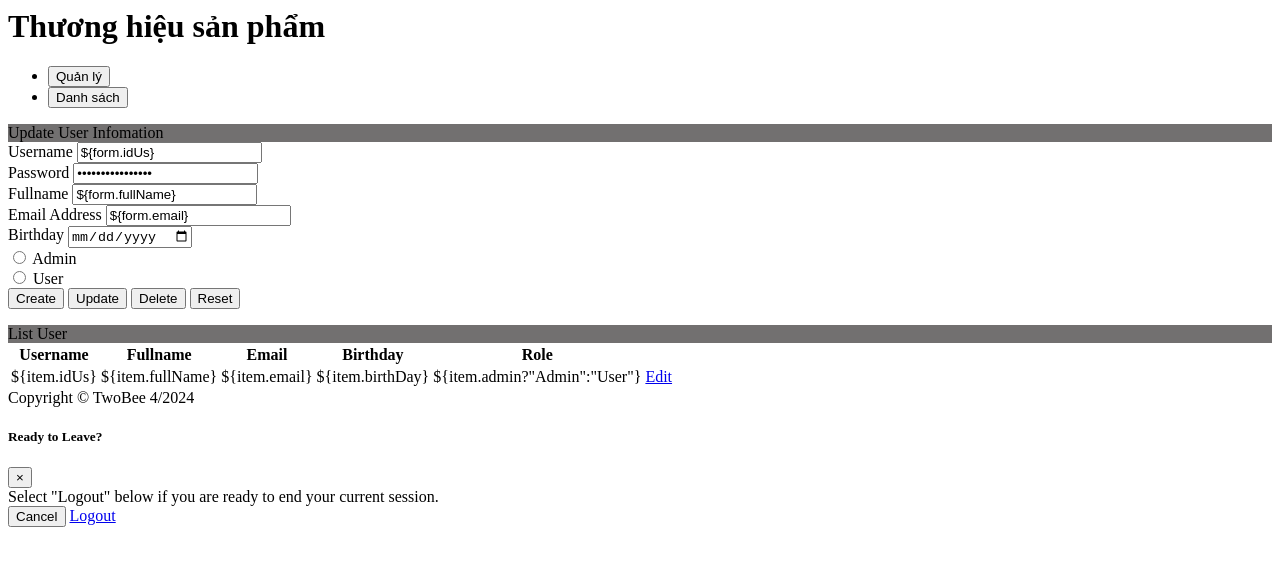
Repository: tuandh111/Java-6-asm
Page: Front-end/Java6_asm_/templates/admin/brands.html
An editor plug-in stored every save of this project. The page is shown before and after the next save, followed by the edit.
The browser window is 1280 px wide. The pictures show the whole page.

Above is the page before, as saved 2024-03-31 10:50:16.

### Front-end/Java6_asm_/templates/admin/brands.html
<!-- Page Wrapper -->
<div id="wrapper">

    <!-- Sidebar -->
    <ul class="navbar-nav bg-gradient-primary sidebar sidebar-dark accordion" id="accordionSidebar"
        ng-include="'component/admin/sidebar.html'">
    </ul>
    <!-- End of Sidebar -->

    <!-- Content Wrapper -->
    <div id="content-wrapper" class="d-flex flex-column">

        <!-- Main Content -->
        <div id="content">

            <!-- Topbar -->
            <nav class="navbar navbar-expand navbar-light bg-white topbar mb-4 static-top shadow"
                ng-include="'component/admin/content-nav.html'">
            </nav>
            <!-- End of Topbar -->

            <!-- Begin Page Content -->
            <div class="container-fluid">

                <!-- Page Heading -->
                <div class="d-sm-flex align-items-center justify-content-between mb-4">
                    <h1 class="h3 mb-0 text-gray-800">Thương hiệu sản phẩm</h1>
                </div>

                <div class="row mt-5">
                    <ul class="nav nav-tabs" id="manageBrands" role="tablist">
                        <li class="nav-item" role="presentation">
                            <button class="nav-link active" id="form-tab" data-bs-toggle="tab"
                                data-bs-target="#form-tab-pane-manage-brands" type="button" role="tab"
                                aria-controls="form-tab-pane-manage-brands" aria-selected="true">
                                <i class="bi bi-pencil-square"></i> Quản lý
                            </button>
                        </li>
                        <li class="nav-item" role="presentation">
                            <button class="nav-link" id="list-tab" data-bs-toggle="tab" data-bs-target="#list-tab-pane"
                                role="tab" aria-controls="list-tab-pane" aria-selected="false">
                                <i class="bi bi-list-check"></i> Danh sách
                            </button>
                        </li>
                    </ul>
                    <div class="tab-content" id="manageBrandsTabContent">
                        <div class="tab-pane fade show active" id="form-tab-pane-manage-brands" role="tabpanel"
                            aria-labelledby="form-tab" tabindex="0">
                            <div class="card">
                                <div class="card-header align-items-center text-white"
                                    style="background-color: #727070;">Update User Infomation
                                </div>
                                <div class="card-body text-center">
                                    <c:url var="url" value="/admin"></c:url>
                                    <form action="${url}/editor-user">
                                        <div class="row">
                                            <div class="col-lg-6">
                                                <div class="form-outline mb-3">
                                                    <label class="form-label"
                                                        for="manageBrandsModalUsername">Username</label>
                                                    <input type="text" id="manageBrandsModalUsername" name="idUs"
                                                        value="${form.idUs}" class="form-control" required>
                                                </div>
                                            </div>
                                            <div class="col-lg-6">
                                                <div class="form-outline mb-4">
                                                    <label class="form-label"
                                                        for="manageBrandsModalPass">Password</label>
                                                    <input type="password" id="manageBrandsModalPass"
                                                        class="form-control" name="passWord" value="${form.passWord}"
                                                        required>
                                                </div>
                                            </div>
                                            <div class="col-lg-6">
                                                <div class="form-outline mb-4">
                                                    <label class="form-label"
                                                        for="manageBrandsModalFullname">Fullname</label>
                                                    <input type="text" id="manageBrandsModalFullname" name="fullName"
                                                        value="${form.fullName}" class="form-control" required>
                                                </div>
                                            </div>
                                            <div class="col-lg-6">
                                                <div class="form-outline mb-4">
                                                    <label class="form-label" for="manageBrandsModalEmail">Email
                                                        Address</label> <input type="email" id="manageBrandsModalEmail"
                                                        class="form-control" name="email" value="${form.email}"
                                                        required>
                                                </div>
                                            </div>

                                            <div class="form-outline mb-4">
                                                <label class="form-label" for="manageBrandsModalEmail">Birthday</label>
                                                <input type="date" id="registerModalDate" class="form-control"
                                                    name="birthDay" value="${form.birthDay}" required>
                                            </div>

                                            <div class="col-lg-12 d-flex flex-row justify-content-center">
                                                <div class="form-check m-4">
                                                    <input class="form-check-input" type="radio" name="admin"
                                                        value="true" id="flexCheckDefaultAdmin"
                                                        ${form.admin?'checked':''}> <label class="form-check-label"
                                                        for="flexCheckDefaultAdmin">
                                                        Admin </label>
                                                </div>
                                                <div class="form-check m-4">
                                                    <input class="form-check-input" type="radio" name="admin"
                                                        value="false" id="flexCheckDefaultUser"
                                                        ${form.admin?'':'checked'}> <label class="form-check-label"
                                                        for="flexCheckDefaultUser">
                                                        User </label>
                                                </div>
                                            </div>
                                        </div>
                                        <div class="d-flex justify-content-end">
                                            <button formaction="${url}/create"
                                                class="btn btn-primary m-2">Create</button>
                                            <button formaction="${url}/update"
                                                class="btn btn-primary m-2">Update</button>
                                            <button formaction="${url}/delete"
                                                class="btn btn-primary m-2">Delete</button>
                                            <button formaction="${url}/editor-user"
                                                class="btn btn-primary m-2">Reset</button>
                                        </div>
                                    </form>
                                </div>
                            </div>
                        </div>
                        <div class="tab-pane fade" id="list-tab-pane" role="tabpanel" aria-labelledby="list-tab"
                            tabindex="0">
                            <div class="card">
                                <div class="card-header d-flex justify-content-between align-items-center text-white"
                                    style="background-color: #727070;">List User</div>
                                <div class="table-responsive">
                                    <table class="table table-striped table-hover">
                                        <thead>
                                            <tr>
                                                <th>Username</th>
                                                <th>Fullname</th>
                                                <th>Email</th>
                                                <th>Birthday</th>
                                                <th>Role</th>
                                                <th></th>
                                            </tr>
                                        </thead>
                                        <tbody>
                                            <c:forEach var="item" items="${listUs}">
                                                <tr>
                                                    <td>${item.idUs}</td>
                                                    <td>${item.fullName}</td>
                                                    <td>${item.email}</td>
                                                    <td>${item.birthDay}</td>
                                                    <td>${item.admin?"Admin":"User"}</td>
                                                    <td><a href="${url}/edit/${item.idUs}" class="text-info"> Edit </a>
                                                    </td>
                                                </tr>
                                            </c:forEach>

                                        </tbody>
                                    </table>

                                </div>
                            </div>
                        </div>
                    </div>
                </div>

            </div>
            <!-- /.container-fluid -->

        </div>
        <!-- End of Main Content -->

        <!-- Footer -->
        <footer class="sticky-footer bg-white">
            <div class="container my-auto">
                <div class="copyright text-center my-auto">
                    <span>Copyright &copy; TwoBee 4/2024</span>
                </div>
            </div>
        </footer>
        <!-- End of Footer -->

    </div>
    <!-- End of Content Wrapper -->

</div>
<!-- End of Page Wrapper -->

<!-- Scroll to Top Button-->
<a class="scroll-to-top rounded" href="#page-top">
    <i class="fas fa-angle-up"></i>
</a>

<!-- Logout Modal-->
<div class="modal fade" id="logoutModal" tabindex="-1" role="dialog" aria-labelledby="exampleModalLabel"
    aria-hidden="true">
    <div class="modal-dialog" role="document">
        <div class="modal-content">
            <div class="modal-header">
                <h5 class="modal-title" id="exampleModalLabel">Ready to Leave?</h5>
                <button class="close" type="button" data-dismiss="modal" aria-label="Close">
                    <span aria-hidden="true">×</span>
                </button>
            </div>
            <div class="modal-body">Select "Logout" below if you are ready to end your current session.</div>
            <div class="modal-footer">
                <button class="btn btn-secondary" type="button" data-dismiss="modal">Cancel</button>
                <a class="btn btn-primary" href="login.html">Logout</a>
            </div>
        </div>
    </div>
</div>

<!-- Bootstrap core JavaScript-->
<script src="../../assets/admin/js/vendor/jquery/jquery.min.js"></script>
<script src="../../assets/admin/js/vendor/bootstrap/js/bootstrap.bundle.min.js"></script>

<!-- Core plugin JavaScript-->
<script src="../../assets/admin/js/vendor/jquery-easing/jquery.easing.min.js"></script>

<!-- Custom scripts for all pages-->
<script src="../../assets/admin/js/sb-admin-2.min.js"></script>

Loaded but not shown: Front-end/Java6_asm_/assets/admin/js/vendor/jquery/jquery.min.js (library); Front-end/Java6_asm_/assets/admin/js/vendor/bootstrap/js/bootstrap.bundle.min.js (library); Front-end/Java6_asm_/assets/admin/js/vendor/jquery-easing/jquery.easing.min.js (common file); Front-end/Java6_asm_/assets/admin/js/sb-admin-2.min.js (common file)

After the next save:
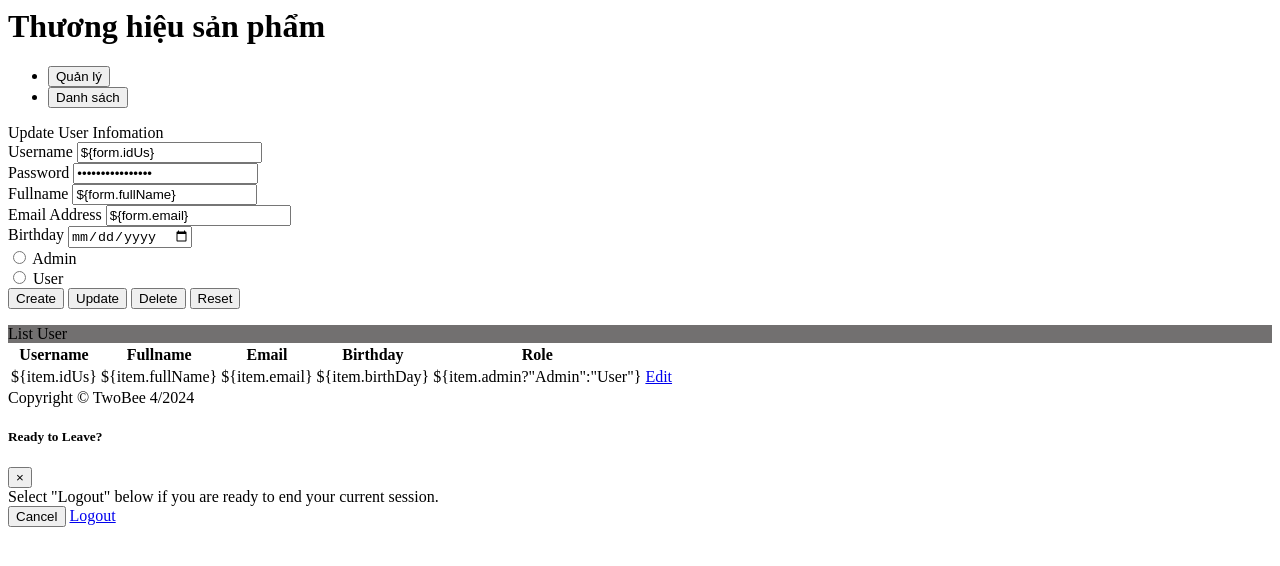
Saved 94 s later.
--- a/Front-end/Java6_asm_/templates/admin/brands.html
+++ b/Front-end/Java6_asm_/templates/admin/brands.html
@@ -47,8 +47,8 @@
                         <div class="tab-pane fade show active" id="form-tab-pane-manage-brands" role="tabpanel"
                             aria-labelledby="form-tab" tabindex="0">
                             <div class="card">
-                                <div class="card-header align-items-center text-white"
-                                    style="background-color: #727070;">Update User Infomation
+                                <div class="card-header align-items-center text-white bg-gradient-primary">Update User
+                                    Infomation
                                 </div>
                                 <div class="card-body text-center">
                                     <c:url var="url" value="/admin"></c:url>
